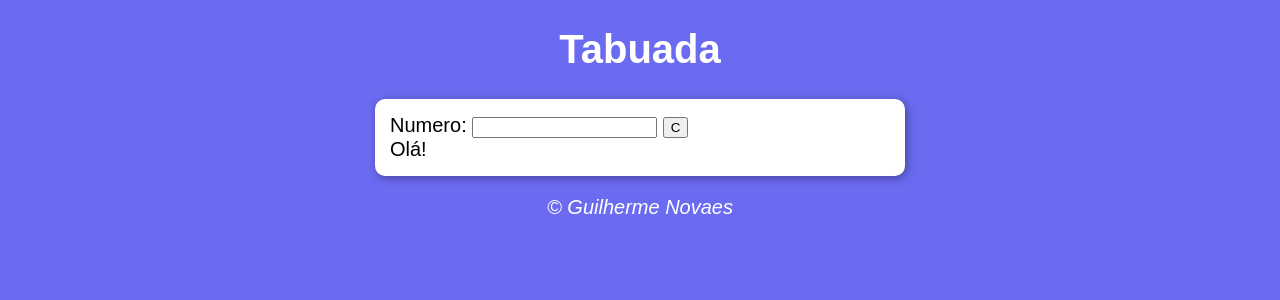
Repository: Guilherme-RNovaes/JavaScript-Curso
Page: Aula 14ex/ex017/index.html
An editor plug-in stored every save of this project. The page is shown before and after the next save, followed by the edit.
The browser window is 1280 px wide. The pictures show the whole page.

Above is the page before, as saved 2022-09-10 09:07:44.

After the next save:
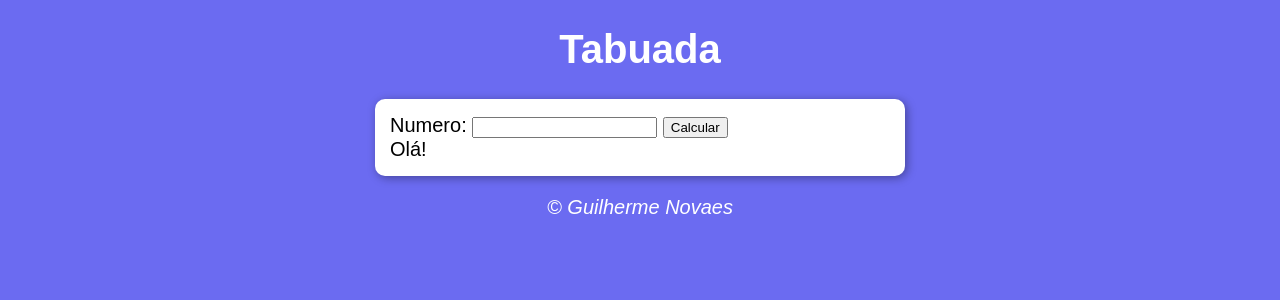
Saved 4 s later.
--- a/Aula 14ex/ex017/index.html
+++ b/Aula 14ex/ex017/index.html
@@ -14,7 +14,7 @@
     <section>
         <div>
             Numero: <input type="number" name="tabuada" id="tabuada">
-            <button>C</button>
+            <button>Calcular</button>
         </div>
         <div>
             Olá!
